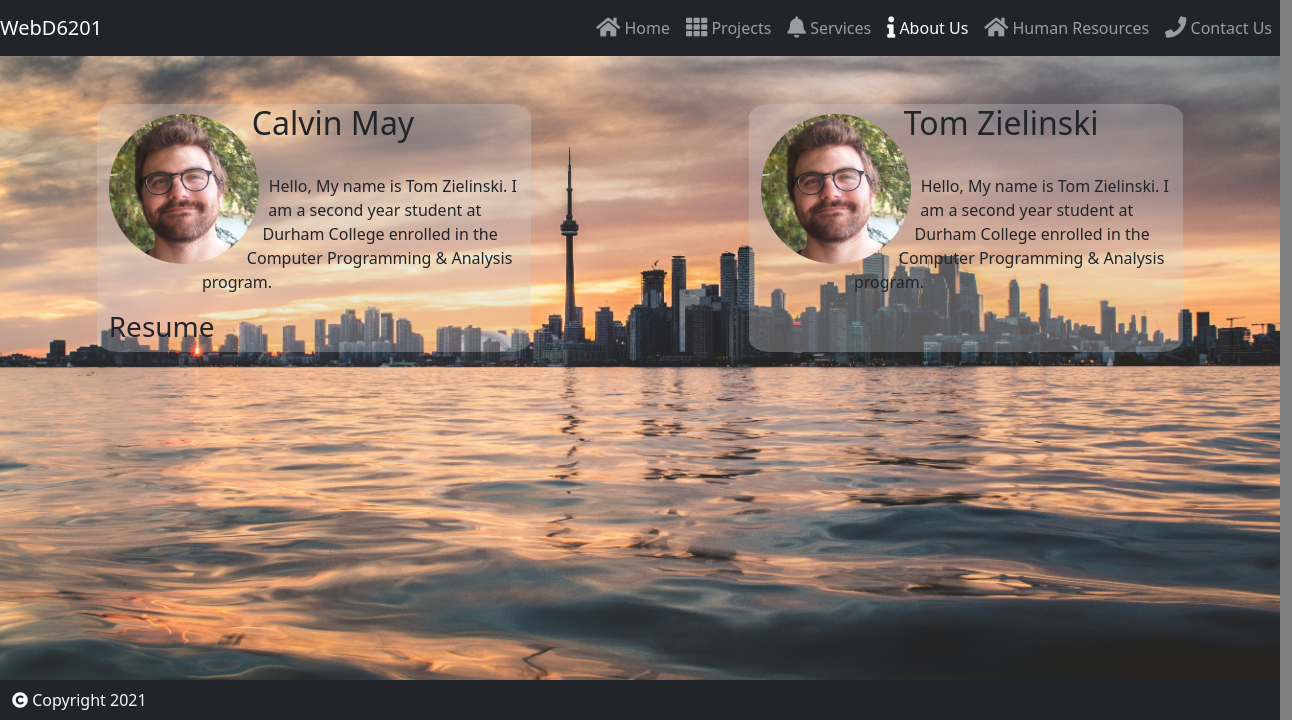
Repository: Tomelinski/Webd6201-Lab02
Page: about.html
The author's editor kept a copy of each file at every save. The page is drawn from the files as they stood at one save, then again after the next save.
The browser window is 1280 px wide. The page is 1292 px wide, so the pictures cover 1292 px, including what lies to the right of the window. The pictures show the whole page.

Above is the page before, as saved 2021-02-05 18:46:19.

After the next save:
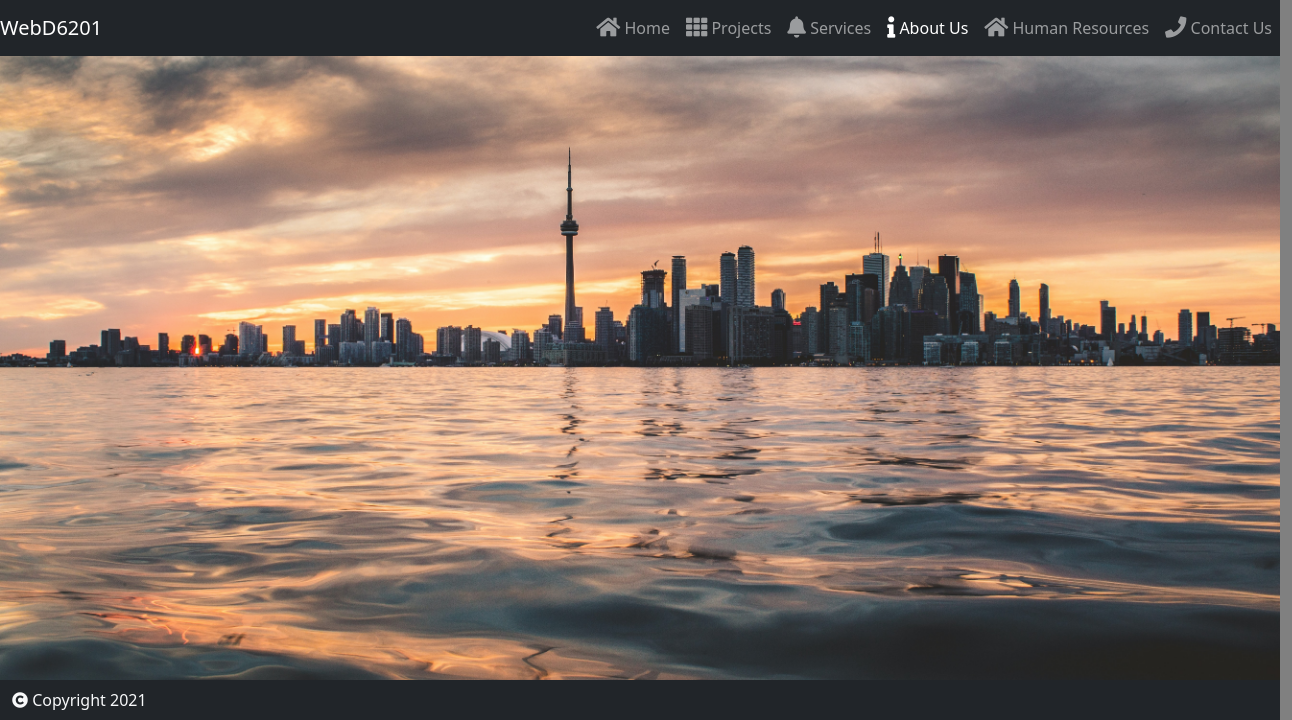
Console error: ReferenceError: resumeHeading is not defined
Saved 76 s later.
--- a/Scripts/app.js
+++ b/Scripts/app.js
@@ -69,14 +69,14 @@
         //-Elements for About Tom
         let aboutTomDiv = document.getElementById("about-tom");
         let tomHeading = document.createElement("h2");
-        let resumeHeading = document.createElement("h3");
+        let tomResumeHeading = document.createElement("h3");
         let pic = document.createElement("img");
         let aboutTom = document.createElement("p");
 
         //-Elements for About Tom
         let aboutCalvinDiv = document.getElementById("about-calvin");
         let calvinHeading = document.createElement("h2");
-        //let resumeHeading = document.createElement("h3");
+        let calvinResumeHeading = document.createElement("h3");
         let calvinPortrait = document.createElement("img");
         let aboutCalvin = document.createElement("p");
 

After the 3 saves that followed:
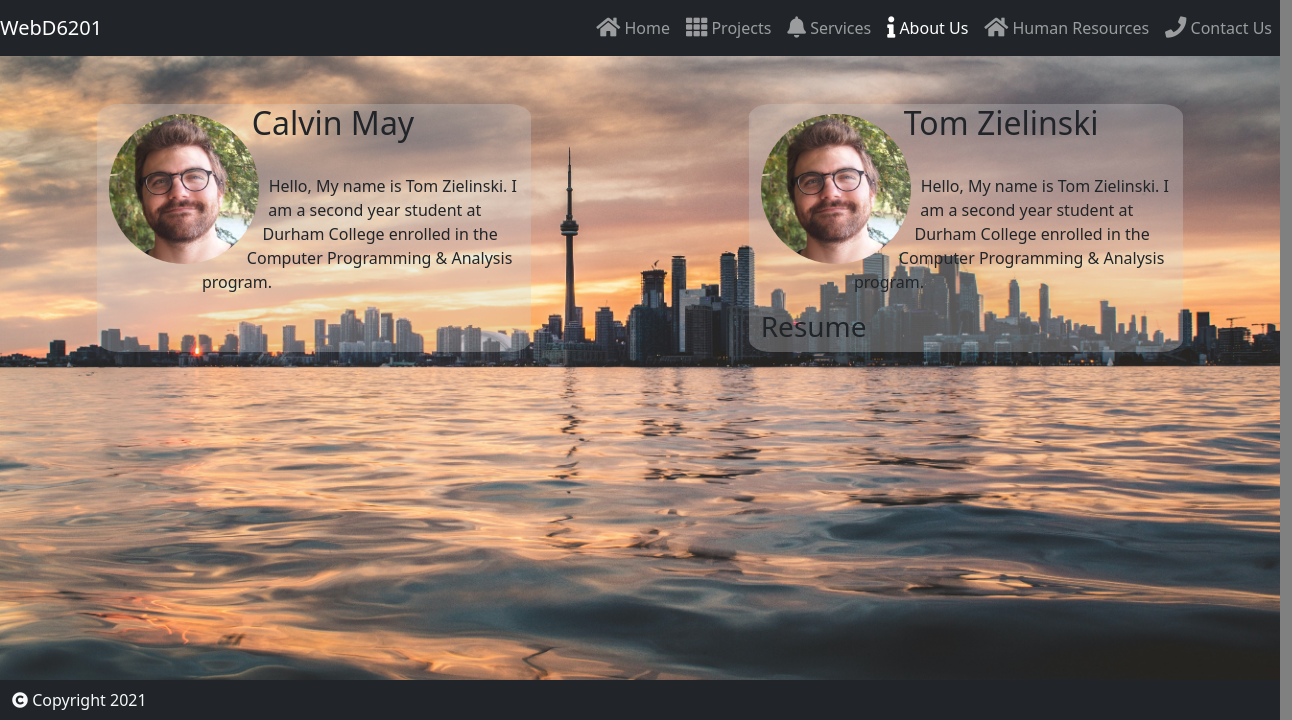
The error is gone.
The 3 saves are shown as one change because 2 left the picture as it was.
The last was saved 35 s later.
--- a/Scripts/app.js
+++ b/Scripts/app.js
@@ -84,7 +84,7 @@
         // Set the Attributes, html, and Content for Toms Elements
         tomHeading.textContent = "Tom Zielinski";
 
-        resumeHeading.textContent = "Resume"
+        tomResumeHeading.textContent = "Resume"
 
         pic.setAttribute("src", "../Pictures/Tom.jpeg");
         pic.setAttribute("class", "headshot-portrait");
@@ -97,7 +97,7 @@
         aboutTomDiv.appendChild(pic);
         aboutTomDiv.appendChild(tomHeading);
         aboutTomDiv.appendChild(aboutTom);
-        aboutTomDiv.appendChild(resumeHeading);
+        aboutTomDiv.appendChild(tomResumeHeading);
 
 
 
@@ -113,7 +113,7 @@
         aboutCalvinDiv.appendChild(calvinPortrait);
         aboutCalvinDiv.appendChild(calvinHeading);
         aboutCalvinDiv.appendChild(aboutCalvin);
-        aboutCalvinDiv.appendChild(resumeHeading);
+        aboutCalvinDiv.appendChild(calvinResumeHeading);
     }
 
     /** displayContactPage() - Loads the Content for contact.html */
